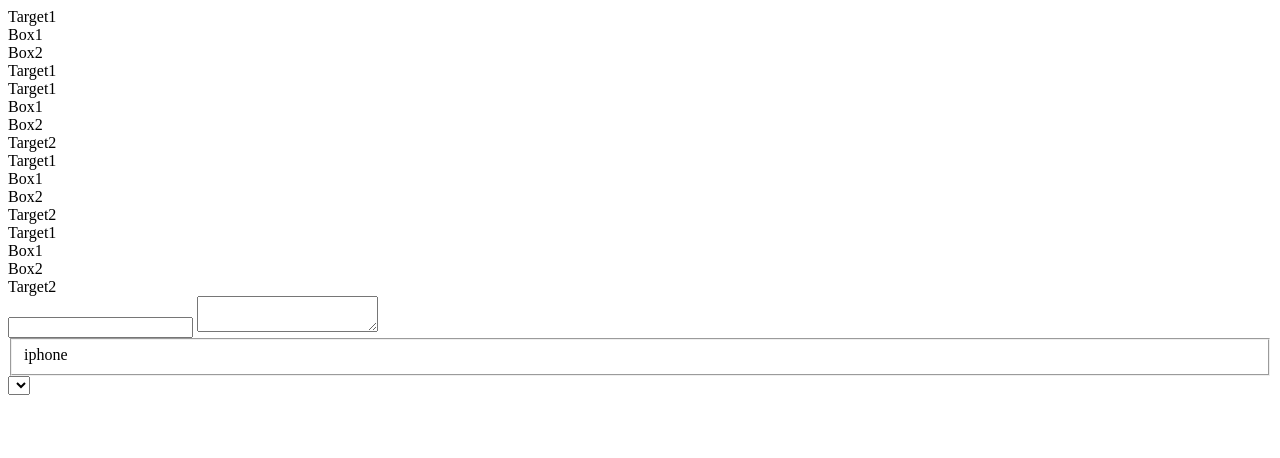
Repository: wairoku/suretigai1
Page: jack.html
The author's editor kept a copy of each file at every save. The page is drawn from the files as they stood at one save, then again after the next save.
The browser window is 1280 px wide. The pictures show the whole page.

Above is the page before, as saved 2019-01-02 18:47:28.

### jack.html
<!DOCTYPE html>
<body>


    <div id="target1">Target1</div>
    <div class="box">Box1</div>
    <div class="box">Box2</div>
    <div id="target1">Target1</div>

    <div id="target1">Target1</div>
    <div class="box1">Box1</div>
    <div class="box2">Box2</div>
    <div id="target1">Target2</div>

    <div id="target1">Target1</div>
    <div class="box">Box1</div>
    <div class="box">Box2</div>
    <div id="target2">Target2</div>

    <div id="target">Target1</div>
    <div class="box">Box1</div>
    <div class="box">Box2</div>
    <div id="target">Target2</div>

    <input type="text">

    <textarea></textarea>



    <fieldset>iphone</fieldset>

    <select>

</body>

After the next save:
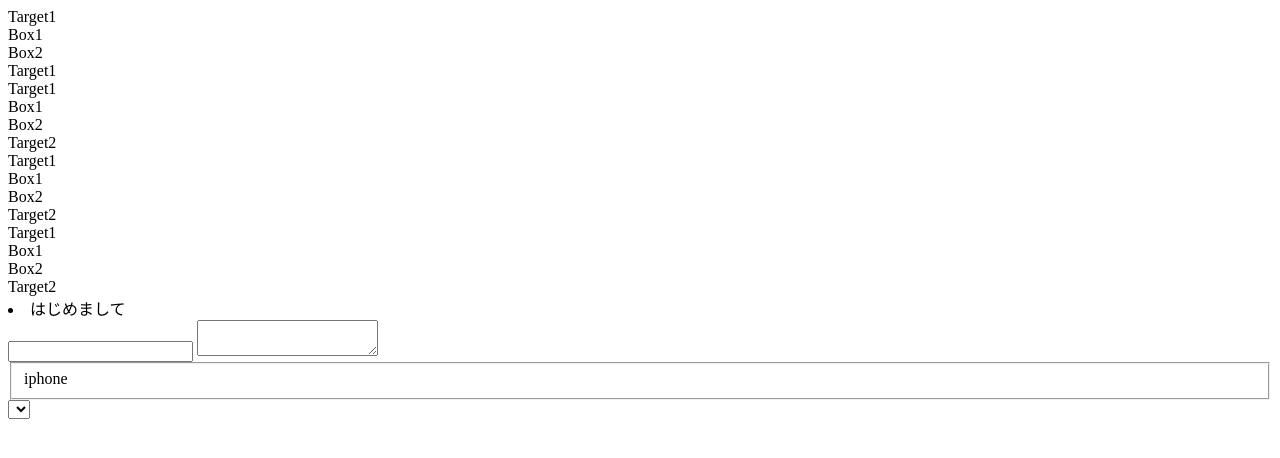
Saved 79 s later.
--- a/jack.html
+++ b/jack.html
@@ -22,13 +22,21 @@
     <div class="box">Box2</div>
     <div id="target">Target2</div>
 
+    <li>
+        <a>
+            はじめまして
+        </a>
+    </li>
+
     <input type="text">
 
     <textarea></textarea>
 
 
 
-    <fieldset>iphone</fieldset>
+    <fieldset>iphone
+
+    </fieldset>
 
     <select>
 
